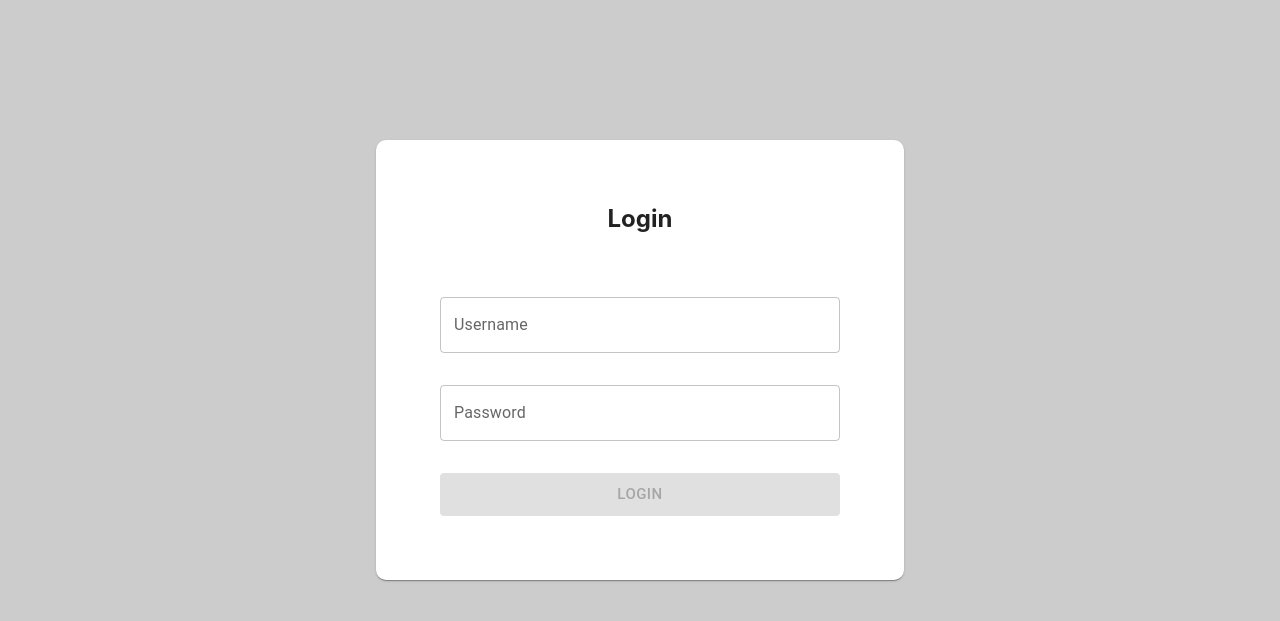
Repository: devhalo21028/learn-react
Page: / (app in end-to-end-test/my-app/)
These files come from the project's save history. The page is drawn as it stood at one moment and after the next save; the edit follows.
The browser window is 1280 px wide. The pictures show the whole page.
The page's requests for data from a server got no answer. The project was rebuilt for these pictures with package versions that can differ from the ones it lists, and the page was loaded fresh each time. No one was signed in, and anything a server would have sent is missing. Also part of the build but not shown: end-to-end-test/my-app/src/general/components/Welcome/Welcome.tsx.

Above is the page before, as saved 2022-01-18 21:57:51.

### end-to-end-test/my-app/src/index.tsx
import React from 'react';
import ReactDOM from 'react-dom';
import { BrowserRouter } from 'react-router-dom';
import { Provider } from 'react-redux';
import { store } from './store';
import { App } from './App';
import reportWebVitals from './reportWebVitals';

import './index.css';

ReactDOM.render(
  <React.StrictMode>
    <Provider store={store}>
      <BrowserRouter>
        <App />
      </BrowserRouter>
    </Provider>
  </React.StrictMode>,
  document.getElementById('root'),
);

// If you want to start measuring performance in your app, pass a function
// to log results (for example: reportWebVitals(console.log))
// or send to an analytics endpoint. Learn more: https://bit.ly/CRA-vitals
reportWebVitals();

### end-to-end-test/my-app/src/store.ts
import { configureStore } from '@reduxjs/toolkit';
import { setupListeners } from '@reduxjs/toolkit/query/react';
import { authApi } from './auth/services/authApi';
import { authReducer } from './auth/services/authSlice';

export const store = configureStore({
  reducer: {
    [authApi.reducerPath]: authApi.reducer,
    auth: authReducer,
  },
  middleware: (getDefaultMiddlware) => getDefaultMiddlware().concat(authApi.middleware),
});

export type RootState = ReturnType<typeof store.getState>;

export type AppDispatch = typeof store.dispatch;

setupListeners(store.dispatch);

### end-to-end-test/my-app/src/App.tsx
/** @jsxImportSource @emotion/react */

import { Routes, Route } from 'react-router-dom';
import { css } from '@emotion/react';
import { Welcome } from './general/components/Welcome';
import Login from './auth/components/Login';
import RequireAuth from './auth/components/RequireAuth';

export function App() {
  return (
    <div css={css`
      display: flex;
      height: 100%;
    `}
    >
      <Routes>
        <Route
          path="/"
          element={(
            <RequireAuth>
              <Welcome />
            </RequireAuth>
          )}
        />
        <Route path="/login" element={<Login />} />
      </Routes>
    </div>
  );
}

### end-to-end-test/my-app/src/index.css
html, body {
  min-height: 100%;
}

body {
  margin: 0;
  font-family: -apple-system, BlinkMacSystemFont, 'Segoe UI', 'Roboto', 'Oxygen',
    'Ubuntu', 'Cantarell', 'Fira Sans', 'Droid Sans', 'Helvetica Neue',
    sans-serif;
  -webkit-font-smoothing: antialiased;
  -moz-osx-font-smoothing: grayscale;
}

code {
  font-family: source-code-pro, Menlo, Monaco, Consolas, 'Courier New',
    monospace;
}

#root {
  position: absolute;
  top: 0;
  left: 0;
  width: 100%;
  height: 100%;
}

### end-to-end-test/my-app/src/auth/services/authApi.ts
import { createApi, fetchBaseQuery } from '@reduxjs/toolkit/query/react';
import { API_URL } from '../../appConstant';

export interface LoginResponse {
  token: string
}

export interface LoginRequest {
  username: string
  password: string
}

export const authApi = createApi({
  reducerPath: 'authApi',
  baseQuery: fetchBaseQuery({
    baseUrl: `${API_URL}/auth`,
  }),
  endpoints: (build) => ({
    login: build.mutation<LoginResponse, LoginRequest>({
      query: (data: LoginRequest) => ({
        url: '/login',
        method: 'POST',
        body: data,
      }),
    }),
  }),
});

### end-to-end-test/my-app/src/auth/services/authSlice.ts
/* eslint-disable no-param-reassign */
import { createSlice, PayloadAction } from '@reduxjs/toolkit';

export interface AuthState {
  token?: string
}

export interface LoginPayload {
  token: string
}

const initialState: AuthState = {};

export const authSlice = createSlice({
  name: 'auth',
  initialState,
  reducers: {
    saveLogin: (state, action: PayloadAction<LoginPayload>) => {
      state.token = action.payload.token;
    },
  },
});

export const { saveLogin } = authSlice.actions;

export const authReducer = authSlice.reducer;

### end-to-end-test/my-app/src/auth/components/RequireAuth/index.ts
export { default } from './RequireAuth';

### end-to-end-test/my-app/src/appConstant.ts
export const API_URL = process.env.REACT_APP_API_URL || 'http://localhost:3000/api/v1';

### end-to-end-test/my-app/src/auth/components/Login/Login.tsx
/** @jsxImportSource @emotion/react */

import { css } from '@emotion/react';
import { Paper, Alert } from '@mui/material';
import { useDispatch } from 'react-redux';
import { authApi } from '../../services/authApi';
import { saveLogin } from '../../services/authSlice';
import LoginForm, { LoginFormData } from './LoginForm';

export default function Login() {
  const dispatch = useDispatch();
  const [login, { error, isLoading: isSubmittingLogin }] = authApi.useLoginMutation();

  const handleFormSubmit = async (data: LoginFormData) => {
    const auth = await login(data).unwrap();

    dispatch(saveLogin(auth));
  };

  const getErrorMessage = (err: any) => err?.data?.message || err?.error;

  return (
    <section
      css={css`
        background: #ccc;
        display: flex;
        flex: 1;
        align-items: center;
        justify-content: center;
      `}
    >
      <Paper
        css={css`
          padding: 4rem;
          width: 25rem;
          border-radius: 10px;
        `}
      >
        <h1
          css={css`
            text-align: center;
            margin: 0 0 4rem 0;
            color: #222;
          `}
        >
          Login
        </h1>
        { error && (
          <Alert
            severity="error"
            css={css`
              margin-bottom: 2rem;
            `}
          >
            {getErrorMessage(error)}
          </Alert>
        )}
        <LoginForm
          onSubmit={handleFormSubmit}
          isSubmitting={isSubmittingLogin}
        />
      </Paper>
    </section>
  );
}

### end-to-end-test/my-app/src/auth/components/RequireAuth/RequireAuth.tsx
import React from 'react';
import { useSelector } from 'react-redux';
import { Navigate, useLocation } from 'react-router-dom';
import { RootState } from '../../../store';
import { AuthState } from '../../services/authSlice';

export interface AuthProps {
  children: React.ReactElement
}

export default function RequireAuth({ children }: AuthProps): React.ReactElement {
  const auth = useSelector<RootState, AuthState>((state) => state.auth);
  const location = useLocation();

  if (!auth?.token) {
    return (
      <Navigate
        to="/login"
        state={{
          from: location,
        }}
        replace
      />
    );
  }

  return children;
}

### end-to-end-test/my-app/src/auth/components/Login/LoginForm/index.ts
export { default } from './LoginForm';
export * from './LoginForm';

### end-to-end-test/my-app/src/auth/components/Login/LoginForm/LoginForm.tsx
/** @jsxImportSource @emotion/react */

import React, { useState } from 'react';
import { css } from '@emotion/react';
import { Button, TextField } from '@mui/material';

export interface LoginFormData {
  username: string
  password: string
}

export interface LoginFormState extends LoginFormData {
  buttonDisabled: boolean
}

export interface LoginFormProps {
  onSubmit: (data: LoginFormData) => void
  isSubmitting: boolean
}

export default function LoginForm({
  onSubmit,
  isSubmitting,
}: LoginFormProps) {
  const [formState, setFormState] = useState<LoginFormState>({
    username: '',
    password: '',
    buttonDisabled: true,
  });

  const isButtonDisabled = (state: LoginFormState) => !state.username || !state.password;

  const onFieldChange = (e: React.ChangeEvent<HTMLInputElement>) => {
    const newValue = e.target.value;
    const fieldName = e.target.name;
    const newFormState = {
      ...formState,
      [fieldName]: newValue,
    };

    const buttonDisabled = isButtonDisabled(newFormState);

    setFormState({
      ...newFormState,
      buttonDisabled,
    });
  };

  const handleOnSubmit = (e: React.FormEvent<HTMLFormElement>) => {
    const {
      username,
      password,
    } = formState;

    onSubmit({
      username,
      password,
    });

    e.preventDefault();
  };

  return (
    <form
      css={css`
            display: flex;
            flex-direction: column;
            row-gap: 2rem;
          `}
      onSubmit={handleOnSubmit}
    >
      <TextField
        variant="outlined"
        name="username"
        label="Username"
        onChange={onFieldChange}
      />
      <TextField
        type="password"
        variant="outlined"
        name="password"
        label="Password"
        onChange={onFieldChange}
      />
      <Button
        type="submit"
        disabled={formState.buttonDisabled || isSubmitting}
        variant="contained"
        size="large"
      >
        {isSubmitting ? 'Logging In' : 'Login'}
      </Button>
    </form>
  );
}

Loaded but not shown: end-to-end-test/my-app/public/index.html (common file); end-to-end-test/my-app/src/reportWebVitals.ts (common file); end-to-end-test/my-app/src/general/components/Welcome/index.ts (common file); end-to-end-test/my-app/src/auth/components/Login/index.ts (common file)

After the next save:
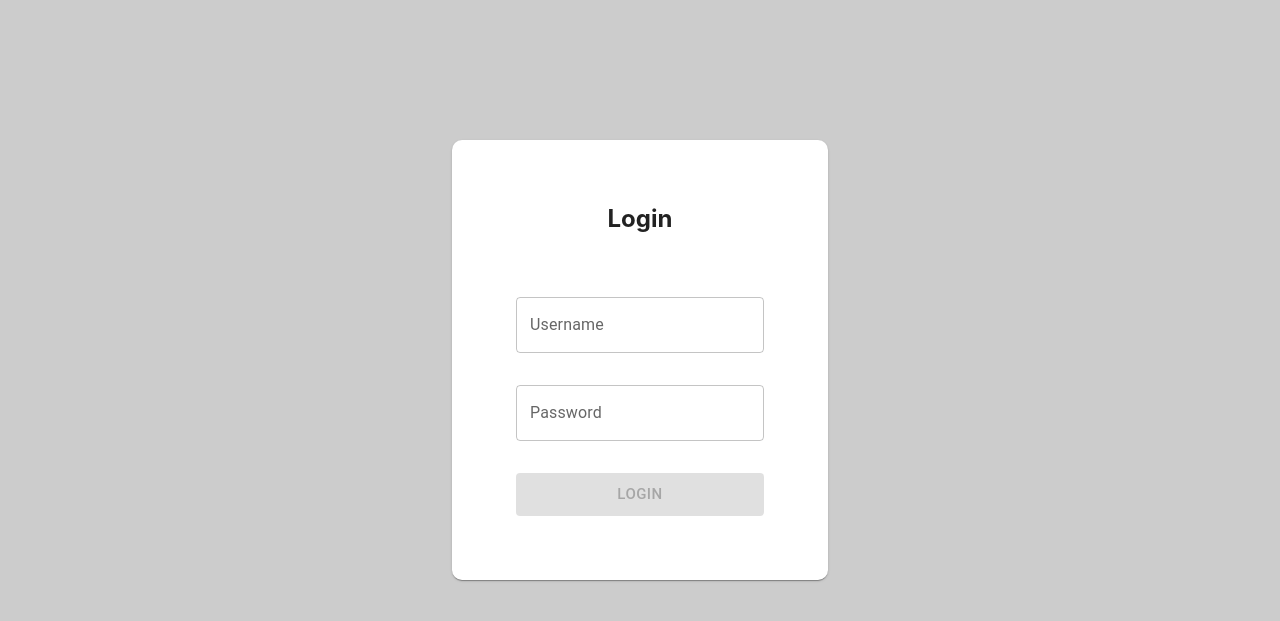
Saved 10 s later.
--- a/end-to-end-test/my-app/src/auth/components/Login/Login.tsx
+++ b/end-to-end-test/my-app/src/auth/components/Login/Login.tsx
@@ -32,7 +32,7 @@
       <Paper
         css={css`
           padding: 4rem;
-          width: 25rem;
+          max-width: 25rem;
           border-radius: 10px;
         `}
       >

After the save that followed:
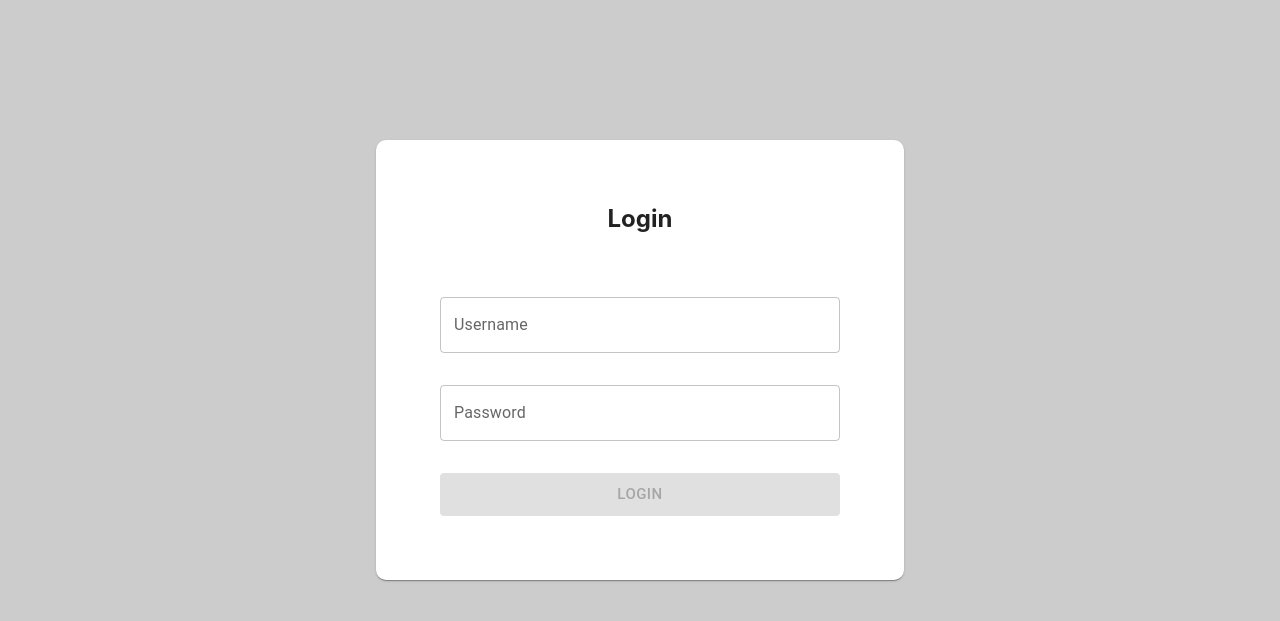
Saved 7 s later.
--- a/end-to-end-test/my-app/src/auth/components/Login/Login.tsx
+++ b/end-to-end-test/my-app/src/auth/components/Login/Login.tsx
@@ -32,7 +32,7 @@
       <Paper
         css={css`
           padding: 4rem;
-          max-width: 25rem;
+          width: 25rem;
           border-radius: 10px;
         `}
       >
